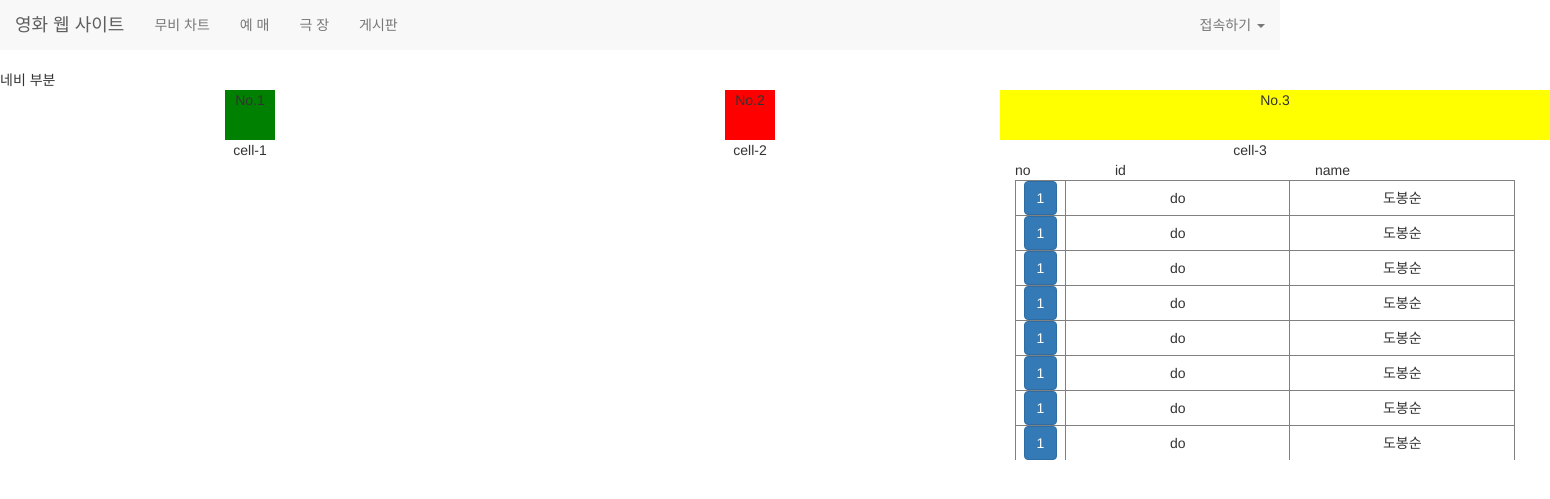
Repository: Gotaemin/java
Page: http://localhost/BBS/movieReserve.jsp
The author's editor kept a copy of each file at every save. The page is drawn from the files as they stood at one save, then again after the next save.
The browser window is 1280 px wide. The page is 1550 px wide, then 1530 px, so the pictures cover 1550 px, including what lies to the right of the window. The pictures show the whole page.
Some web libraries are served in a nearby version. The page is served by Tomcat 9.

Above is the page before, as saved 2020-03-16 06:04:25.

After the next save:
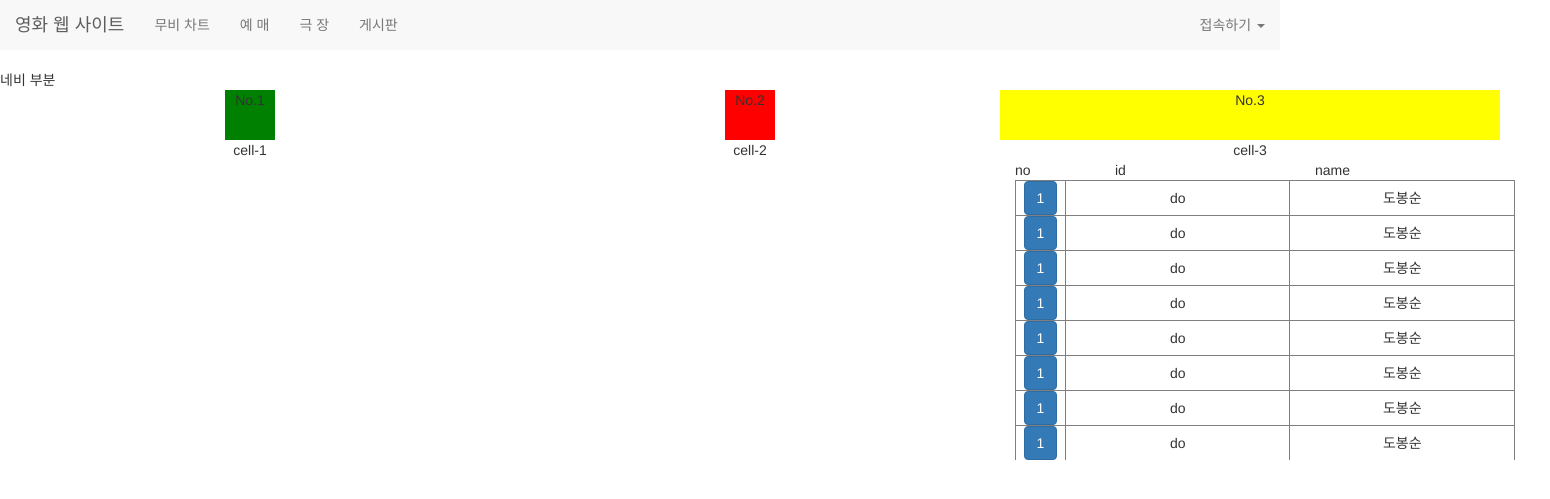
Saved 12 s later.
--- a/BBS/BBS/WebContent/movieReserve.jsp
+++ b/BBS/BBS/WebContent/movieReserve.jsp
@@ -132,7 +132,7 @@ table {
 
 				<div align=center style="display: table-cell; background: white;">
 					<div class="test_content"
-						style="width: 550px; height: 50px; background: yellow">No.3</div>
+						style="width: 500px; height: 50px; background: yellow">No.3</div>
 					cell-3
 					<div id="movie">
 						<table>
